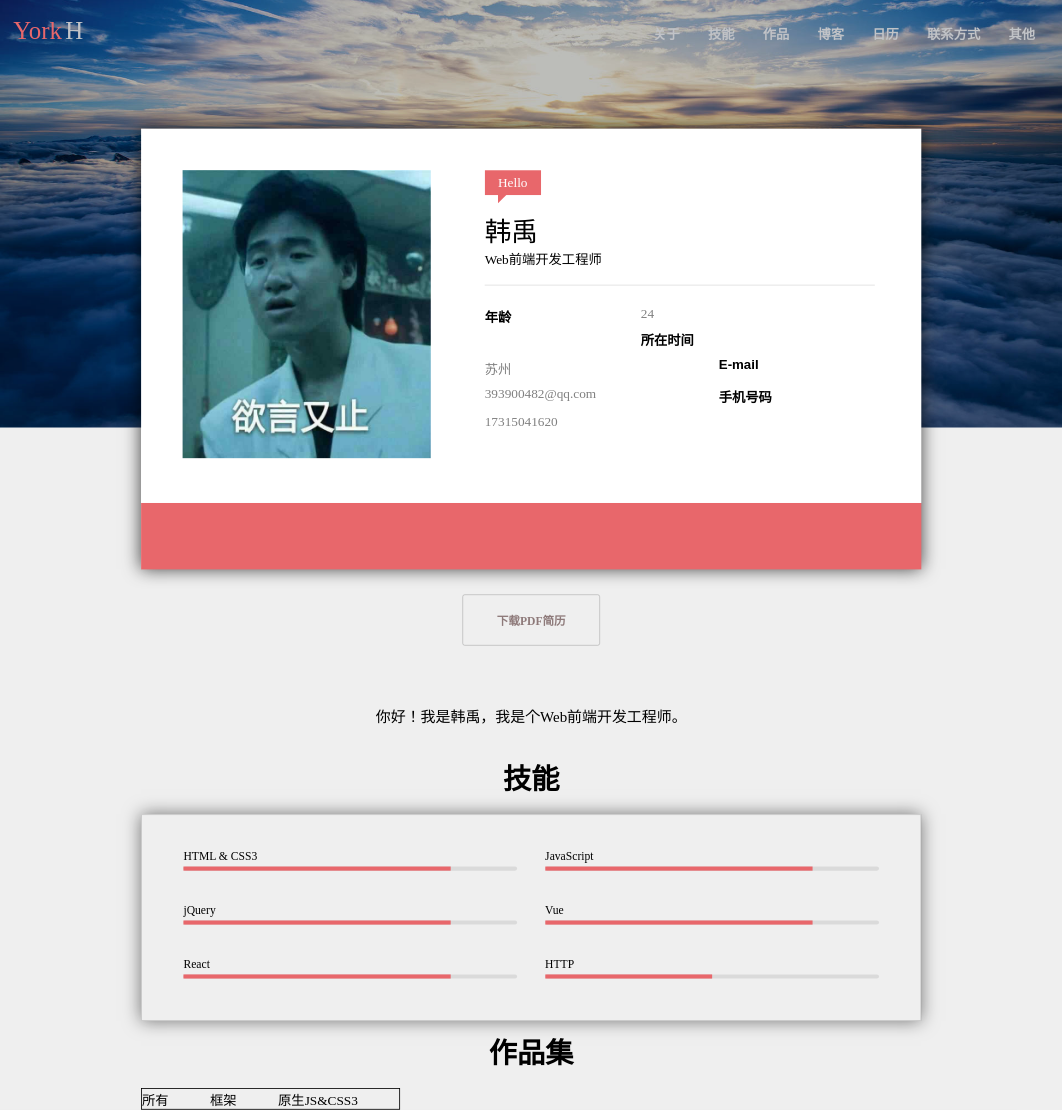
Repository: yorkHan/resume
Page: index.html
These files come from the project's save history. The page is drawn as it stood at one moment and after a run of saves; the edit follows.
The browser window is 1280 px wide. The pictures show the whole page, at 83% of full size.

Above is the page before, as saved 2018-04-10 13:22:34.

After the next 4 saves:
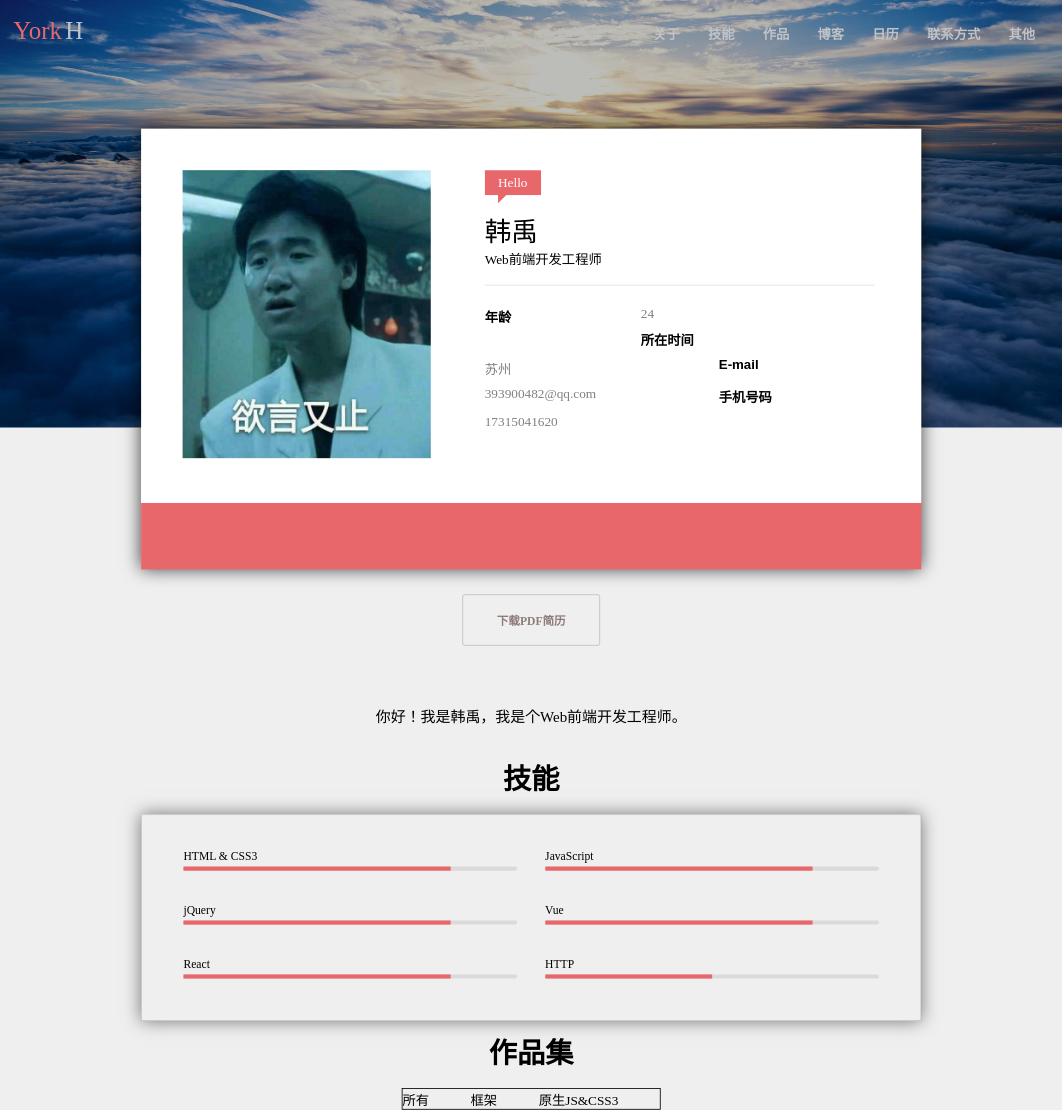
The 4 saves are shown as one change because they came seconds apart.
The last was saved 46 s later.
--- a/1.css
+++ b/1.css
@@ -228,6 +228,9 @@ section.portfolio ol>li{
     float: left;
     margin-right: 50px;
 }
+section.portfolio>nav{
+    text-align: center;
+}
 section.portfolio ol{
     display: inline-block;
     vertical-align: top;
